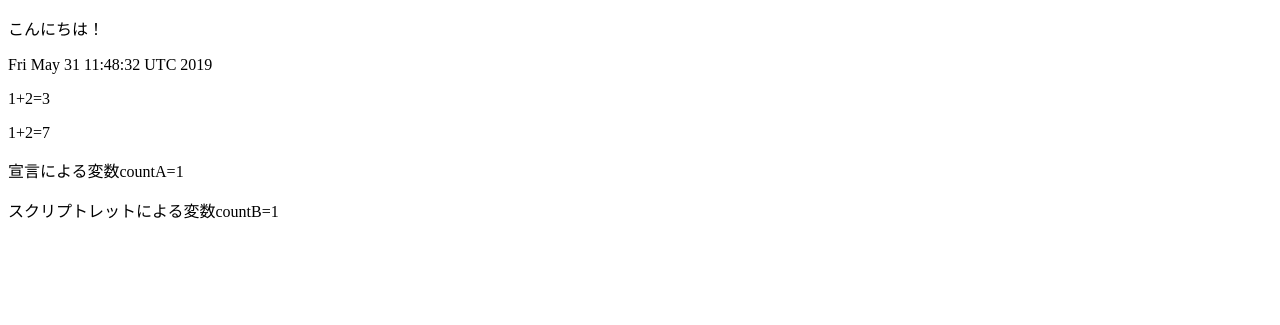
Repository: KanetaniK/test
Page: http://localhost/HelloJSP/
The author's editor kept a copy of each file at every save. The page is drawn from the files as they stood at one save, then again after the next save.
The browser window is 1280 px wide. The pictures show the whole page.
The page is served by Tomcat 9.

Above is the page before, as saved 2019-05-31 12:17:15.

### HelloJSP/WebContent/index.jsp
<%@ page language="java" contentType="text/html; charset=UTF-8"
    pageEncoding="UTF-8"%>
<!DOCTYPE html>
<html>
<head>
<meta charset=UTF-8">
<title>TEST</title>
</head>
<body>
<p>こんにちは！</p>
<% out.println(new java.util.Date()); %>
<%!
static int add(int a, int b){
	return a+b;
}
%>

<p>1+2=<%=add(1,2) %></p>
<p>1+2=<%=add(3,4) %></p>

<%! int countA = 0; %>
<%
int countB = 0;
countA++;
countB++;
%>

<p>宣言による変数countA=<%=countA %></p>
<p>スクリプトレットによる変数countB=<%=countB %></p>

</body>
</html>

After the next save:
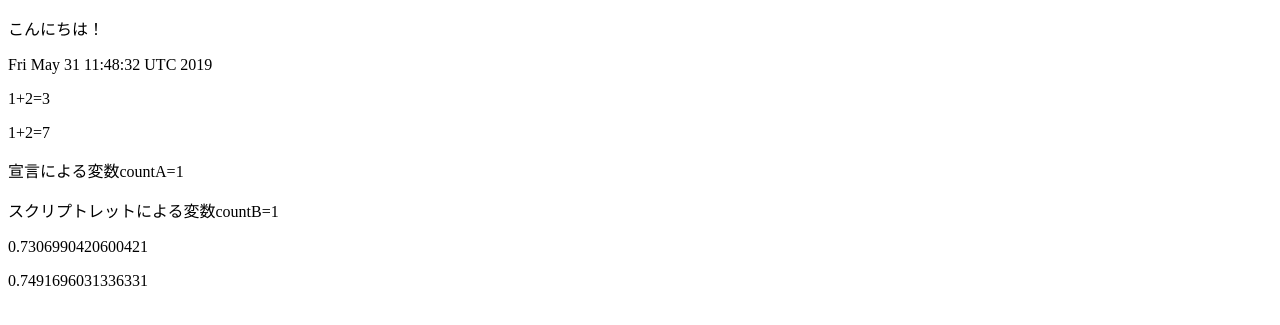
Saved 3 min 21 s later.
--- a/HelloJSP/WebContent/index.jsp
+++ b/HelloJSP/WebContent/index.jsp
@@ -28,5 +28,7 @@ countB++;
 <p>宣言による変数countA=<%=countA %></p>
 <p>スクリプトレットによる変数countB=<%=countB %></p>
 
+<p><% out.println(Math.random()); %></p>
+<p><%=Math.random() %>
 </body>
 </html>
